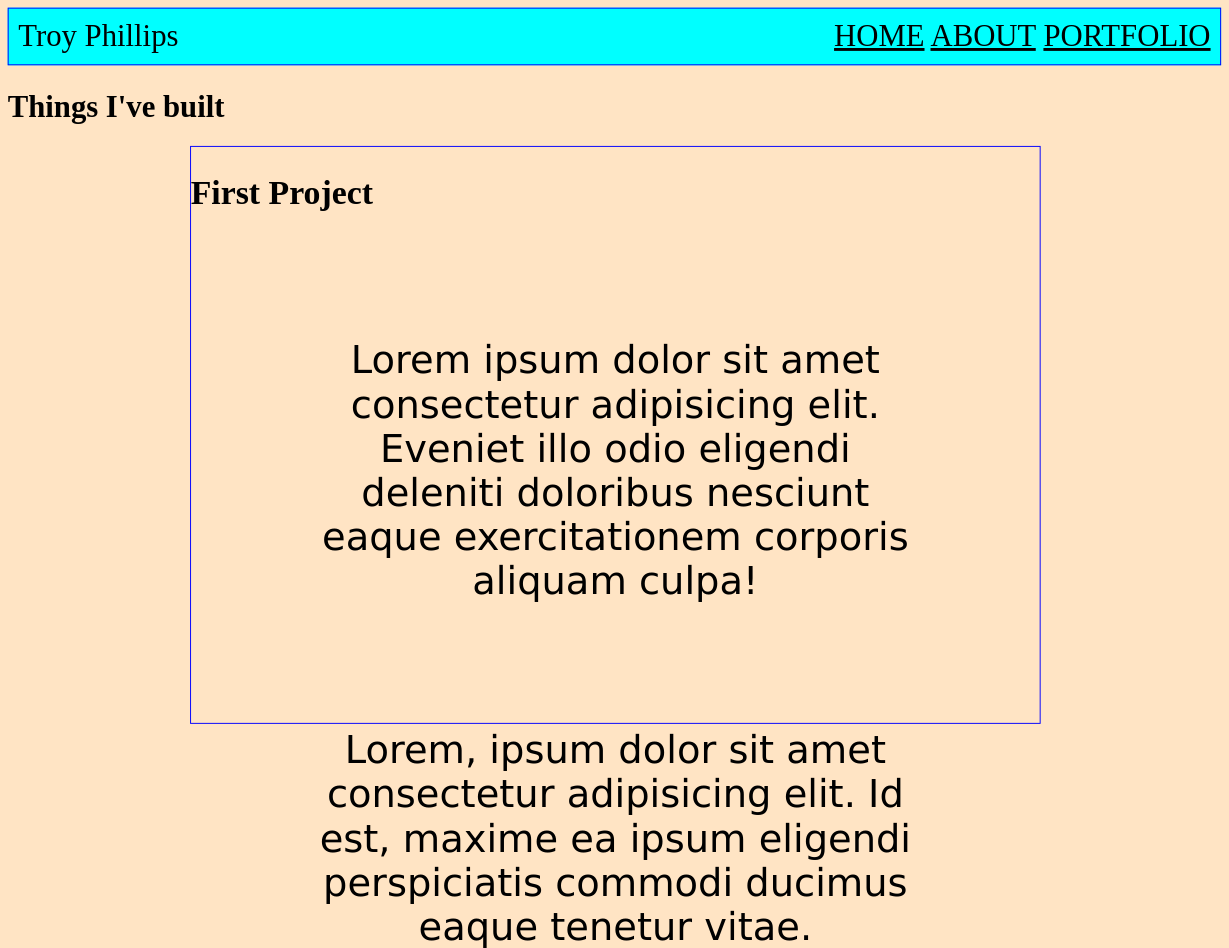
Repository: TheTroyPhillips/Personal-website
Page: portfolio.html
These files come from the project's save history. The page is drawn as it stood at one moment and after the next save; the edit follows.
The browser window is 1280 px wide. The pictures show the whole page, at 96% of full size.

Above is the page before, as saved 2023-09-10 22:36:03.

### portfolio.html
<!DOCTYPE html>
<html lang="en">
<head>
    <meta charset="UTF-8">
    <meta name="viewport" content="width=device-width, initial-scale=1.0">
    <title>Document</title>
    <link rel="stylesheet" href="style.css">
</head>
<body>

    <div class="parent">
        <div class="child">
            <span class="myname">Troy Phillips</span>
        <nav class="pages">
            <a class="active" href="/">HOME</a>
            <a href="/about.html">ABOUT</a>
            <a href="/portfolio.html">PORTFOLIO</a>
        </div>
        <h1>Things I've built</h1>
        <div class="childc">
            <h2 class="two">First Project</h2>
            <p class="extra">Lorem ipsum dolor sit amet consectetur adipisicing elit. Eveniet illo odio eligendi deleniti doloribus
                 nesciunt eaque exercitationem corporis aliquam culpa!</p>
            <p class="extra">Lorem, ipsum dolor sit amet consectetur adipisicing elit. Id est, maxime ea ipsum eligendi perspiciatis
                 commodi ducimus eaque tenetur vitae.</p>
        </div>

### style.css
.child{
    width: 100%;
    height: 60px;
    border: 1px solid blue;
    display: inline-block;
    box-sizing: border-box;
    background-color: aqua;
    padding: 10px;
}
.childb{
    width: 70%;
    height: 600px;
    border: 1px solid blue
}
.myname{
    float: left;
    font-size: 2rem;
}
.pages{
    float: right;
    font-size: 2rem;
}
.pages a.active{
    color: inherit;
}
.pages a{
    color: inherit;
}
body{
    background-color: bisque;
}
main{
    text-align: center;
    margin-left: 5%;
    margin-right: 5%;
    font-size: 1.8rem;
}
p{
    text-align: center;
    font-size: 2.5rem;
    font-family: Verdana, Geneva, Tahoma, sans-serif;
    margin: 130px;
}
.pa{
    margin: 10px;
}
h2{
    font-size: 3rem;
}
.childc{
    width: 70%;
    height: 600px;
    border: 1px solid blue;
    margin-left: 15%;
}
.two{
    font-size: 2.2rem;
}
.extra{
    font-size: ;
}

After the next save:
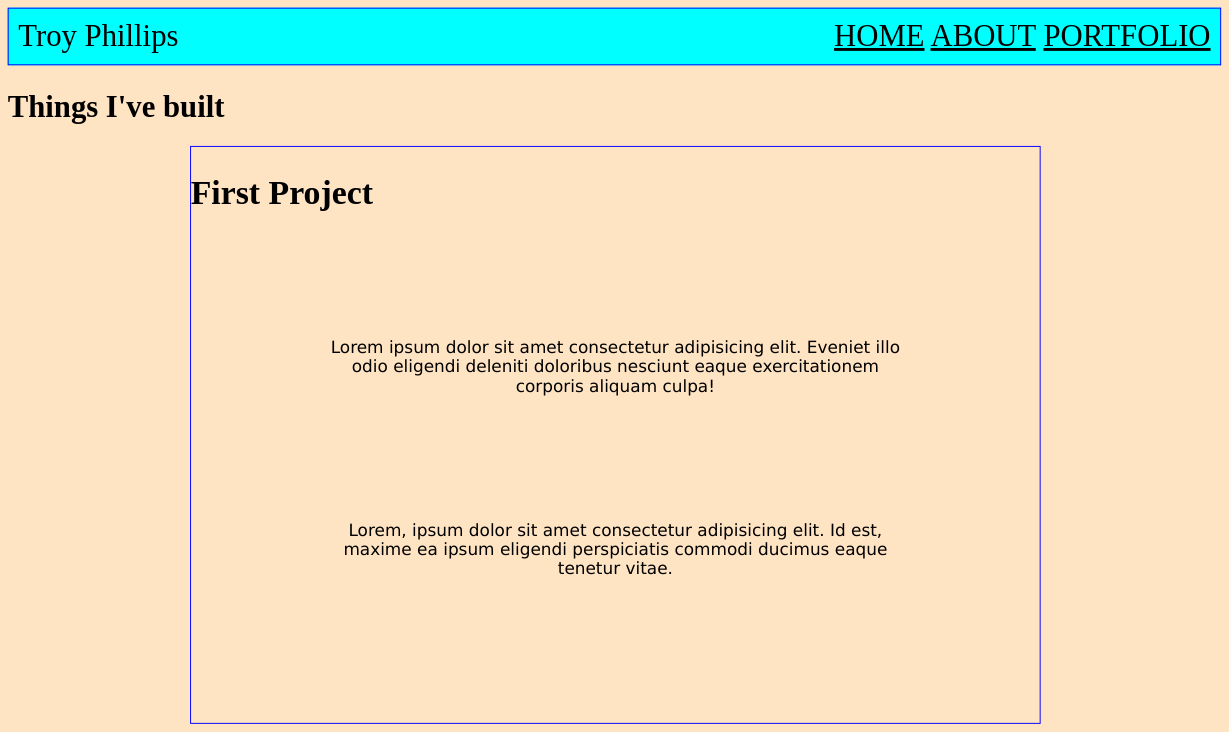
Saved 4 s later.
--- a/style.css
+++ b/style.css
@@ -57,5 +57,5 @@ h2{
     font-size: 2.2rem;
 }
 .extra{
-    font-size: ;
+    font-size: 1.1rem;
 }
